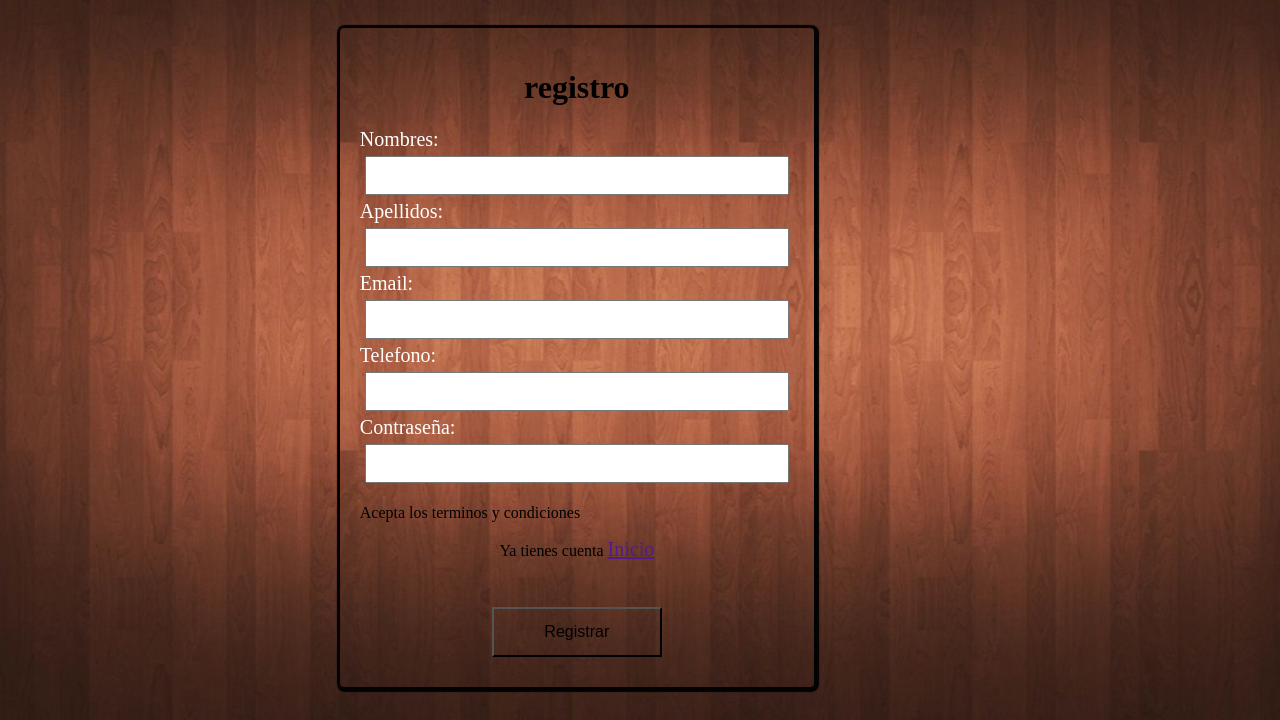
Repository: ye909/aplicacion_restaurante
Page: public/templeis/registro.html
These files come from the project's save history. The page is drawn as it stood at one moment and after the next save; the edit follows.
The browser window is 1280 px wide. The pictures show the whole page.

Above is the page before, as saved 2024-11-12 22:03:16.

After the next save:
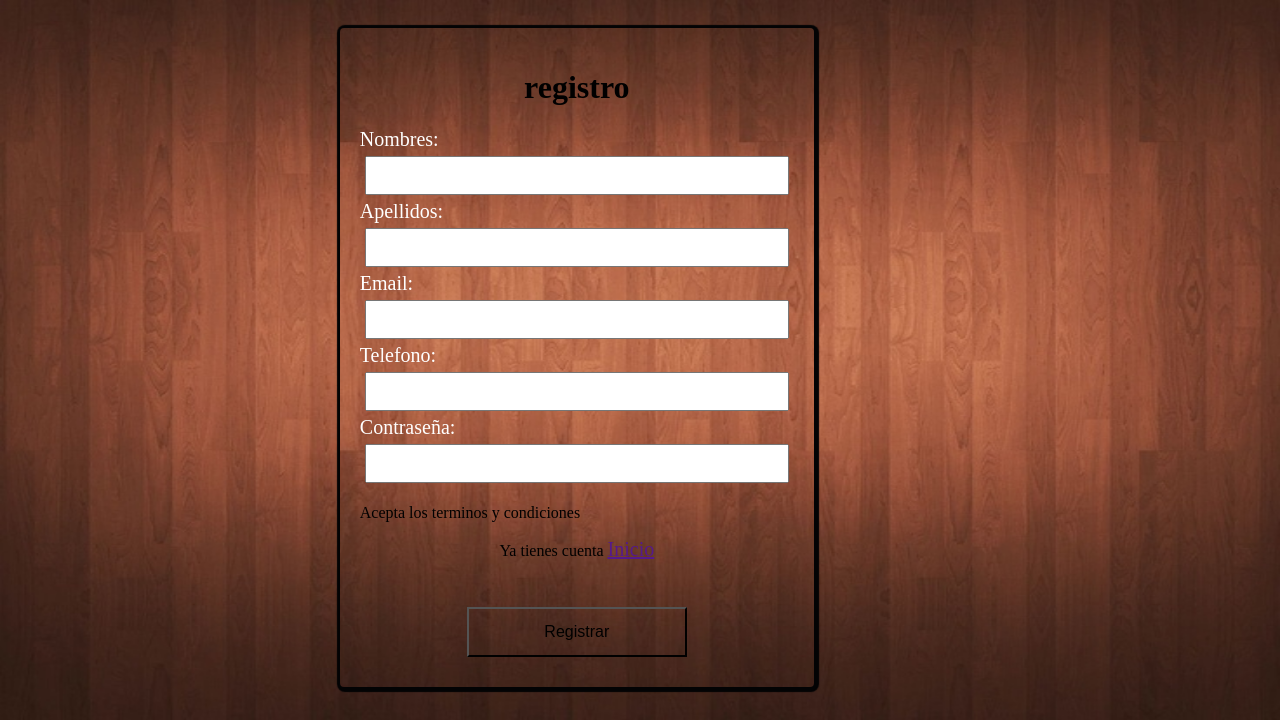
Saved 7 s later.
--- a/public/css/registro.css
+++ b/public/css/registro.css
@@ -34,7 +34,7 @@ label{
 
 }
 button{
-    width: 170px;
+    width: 220px;
     height: 50px;
     margin: 10px;
     background:transparent;
